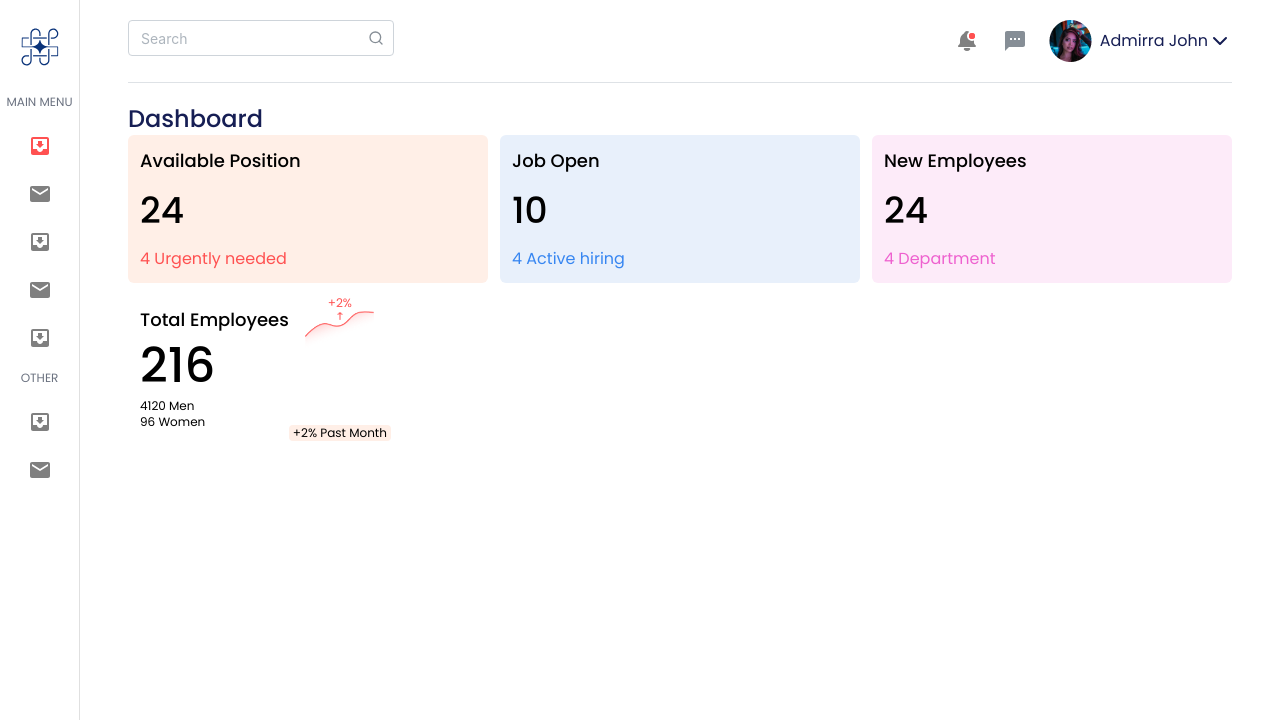
Repository: SatyaDewangan05/sample-dashboard
Page: /
An editor plug-in stored every save of this project. The page is shown before and after the next save, followed by the edit.
The browser window is 1280 px wide. The pictures show the whole page.
The project was rebuilt for these pictures with package versions that can differ from the ones it lists, and the page was loaded fresh each time. The framework's server and built-in components were replaced by stand-ins that run in the browser. Also part of the build but not shown: next.config.mjs.

Above is the page before, as saved 2024-09-22 00:27:26.

### src/app/layout.js
import localFont from "next/font/local";
import "./globals.css";
import { MantineProvider } from "@mantine/core";
import "@mantine/core/styles.css";

const geistSans = localFont({
  src: "./fonts/GeistVF.woff",
  variable: "--font-geist-sans",
  weight: "100 900",
});
const geistMono = localFont({
  src: "./fonts/GeistMonoVF.woff",
  variable: "--font-geist-mono",
  weight: "100 900",
});

import { Poppins } from "next/font/google";
const poppins = Poppins({
  weight: ["400", "500", "600", "700"], // You can choose different weights like '300', '500' etc.
  subsets: ["latin"],
});

export const metadata = {
  title: "Create Next App",
  description: "Generated by create next app",
};

export default function RootLayout({ children }) {
  return (
    <html lang="en">
      <body className={`${poppins.className} antialiased bg-white`}>
        <MantineProvider>{children}</MantineProvider>
      </body>
    </html>
  );
}

### src/app/page.jsx
import Image from "next/image";
import MiniDrawer from "./components/Drawer";
import {
  ActionIcon,
  Anchor,
  Avatar,
  Divider,
  Indicator,
  TextInput,
  Title,
} from "@mantine/core";
import { Search } from "lucide-react";
import {
  IconBellFilled,
  IconChevronCompactDown,
  IconChevronDown,
} from "@tabler/icons-react";
import TextsmsIcon from "@mui/icons-material/Textsms";
import DP from "@/images/dp.png";
import ThreeData from "./components/card/ThreeData";
import DetailChart from "./components/card/DetailChart";

export default function Home() {
  return (
    <div className="flex">
      <MiniDrawer />
      <div className="w-full px-12">
        {/* Top Bar */}
        <div className="w-full py-5 flex justify-between">
          <TextInput placeholder="Search" rightSection={<Search size={16} />} />
          <div className="flex items-center gap-5">
            <ActionIcon
              variant="transparent"
              color="gray"
              // c="black"
              aria-label="Settings"
            >
              <Indicator color="#FF5151" offset={7} withBorder>
                <IconBellFilled color="gray" />
              </Indicator>
            </ActionIcon>
            <ActionIcon
              variant="transparent"
              color="gray"
              // c="black"
              aria-label="Settings"
            >
              <TextsmsIcon color="gray" />
            </ActionIcon>
            <div className="flex gap-2 items-center">
              <Image src={DP} />
              <Anchor
                href="https://mantine.dev/"
                target="_blank"
                underline="never"
                c="#161E54"
              >
                <div className="flex items-center">
                  Admirra John
                  <IconChevronDown />
                </div>
              </Anchor>
            </div>
          </div>
        </div>
        <Divider />

        <div className="w-full py-5">
          <p className="text-2xl font-medium text-[#161E54]">Dashboard</p>
          <div className="grid grid-cols-3 gap-3">
            <ThreeData
              heading="Available Position"
              figure={24}
              text="4 Urgently needed"
              bgColor="#FFEFE7"
              textColor="#FF5151"
            />
            <ThreeData
              heading="Job Open"
              figure={10}
              text="4 Active hiring"
              bgColor="#E8F0FB"
              textColor="#3786F1"
            />
            <ThreeData
              heading="New Employees"
              figure={24}
              text="4 Department"
              bgColor="#FDEBF9"
              textColor="#EE61CF"
            />
          </div>
          <div className="grid grid-col-2 gap-3">
            <DetailChart
              heading="Total Employees"
              figure={216}
              texts={["4120 Men", "96 Women"]}
              variation="+2%"
            />
          </div>
        </div>
      </div>
    </div>
  );
}

### src/app/globals.css
@tailwind base;
@tailwind components;
@tailwind utilities;

:root {
  --background: #ffffff;
  --foreground: #171717;
}

/* @media (prefers-color-scheme: dark) {
  :root {
    --background: #0a0a0a;
    --foreground: #ededed;
  }
} */

body {
  color: var(--foreground);
  background: var(--background);
  font-family: Arial, Helvetica, sans-serif;
}

@layer utilities {
  .text-balance {
    text-wrap: balance;
  }
}

@layer base {
  :root {
    --background: 0 0% 100%;
    --foreground: 0 0% 3.9%;
    --card: 0 0% 100%;
    --card-foreground: 0 0% 3.9%;
    --popover: 0 0% 100%;
    --popover-foreground: 0 0% 3.9%;
    --primary: 0 0% 9%;
    --primary-foreground: 0 0% 98%;
    --secondary: 0 0% 96.1%;
    --secondary-foreground: 0 0% 9%;
    --muted: 0 0% 96.1%;
    --muted-foreground: 0 0% 45.1%;
    --accent: 0 0% 96.1%;
    --accent-foreground: 0 0% 9%;
    --destructive: 0 84.2% 60.2%;
    --destructive-foreground: 0 0% 98%;
    --border: 0 0% 89.8%;
    --input: 0 0% 89.8%;
    --ring: 0 0% 3.9%;
    --chart-1: 12 76% 61%;
    --chart-2: 173 58% 39%;
    --chart-3: 197 37% 24%;
    --chart-4: 43 74% 66%;
    --chart-5: 27 87% 67%;
    --radius: 0.5rem;
  }
  .dark {
    --background: 0 0% 3.9%;
    --foreground: 0 0% 98%;
    --card: 0 0% 3.9%;
    --card-foreground: 0 0% 98%;
    --popover: 0 0% 3.9%;
    --popover-foreground: 0 0% 98%;
    --primary: 0 0% 98%;
    --primary-foreground: 0 0% 9%;
    --secondary: 0 0% 14.9%;
    --secondary-foreground: 0 0% 98%;
    --muted: 0 0% 14.9%;
    --muted-foreground: 0 0% 63.9%;
    --accent: 0 0% 14.9%;
    --accent-foreground: 0 0% 98%;
    --destructive: 0 62.8% 30.6%;
    --destructive-foreground: 0 0% 98%;
    --border: 0 0% 14.9%;
    --input: 0 0% 14.9%;
    --ring: 0 0% 83.1%;
    --chart-1: 220 70% 50%;
    --chart-2: 160 60% 45%;
    --chart-3: 30 80% 55%;
    --chart-4: 280 65% 60%;
    --chart-5: 340 75% 55%;
  }
}

@layer base {
  * {
    @apply border-border;
  }
  body {
    @apply bg-background text-foreground;
  }
}

### src/app/components/Drawer.jsx
"use client";

import { styled } from "@mui/material/styles";
import MuiDrawer from "@mui/material/Drawer";
import List from "@mui/material/List";
import IconButton from "@mui/material/IconButton";
import MenuIcon from "@mui/icons-material/Menu";

import ListItem from "@mui/material/ListItem";
import ListItemButton from "@mui/material/ListItemButton";
import ListItemIcon from "@mui/material/ListItemIcon";
import ListItemText from "@mui/material/ListItemText";
import InboxIcon from "@mui/icons-material/MoveToInbox";
import MailIcon from "@mui/icons-material/Mail";
import { useState } from "react";
import Image from "next/image";

import Logo from "@/images/logo.svg";
import LogoWithName from "@/images/logo_with_name.png";

const drawerWidth = 220;

const openedMixin = (theme) => ({
  width: drawerWidth,
  transition: theme.transitions.create("width", {
    easing: theme.transitions.easing.sharp,
    duration: theme.transitions.duration.enteringScreen,
  }),
  overflowX: "hidden",
});

const closedMixin = (theme) => ({
  transition: theme.transitions.create("width", {
    easing: theme.transitions.easing.sharp,
    duration: theme.transitions.duration.leavingScreen,
  }),
  overflowX: "hidden",
  width: "80px",
  [theme.breakpoints.up("sm")]: {
    width: "80px",
  },
});

const DrawerHeader = styled("div")(({ theme }) => ({
  display: "flex",
  alignItems: "center",
  justifyContent: "center",
  padding: "20px",
  // necessary for content to be below app bar
  ...theme.mixins.toolbar,
}));

const Drawer = styled(MuiDrawer, {
  shouldForwardProp: (prop) => prop !== "open",
})(({ theme }) => ({
  width: drawerWidth,
  flexShrink: 0,
  whiteSpace: "nowrap",
  boxSizing: "border-box",
  variants: [
    {
      props: ({ open }) => open,
      style: {
        ...openedMixin(theme),
        "& .MuiDrawer-paper": openedMixin(theme),
      },
    },
    {
      props: ({ open }) => !open,
      style: {
        ...closedMixin(theme),
        "& .MuiDrawer-paper": closedMixin(theme),
      },
    },
  ],
}));

export default function MiniDrawer() {
  const [open, setOpen] = useState(false);

  const [active, setActive] = useState("Dashboard");

  return (
    <Drawer variant="permanent" open={open}>
      <DrawerHeader>
        <IconButton onClick={() => setOpen((prevState) => !prevState)}>
          {open ? (
            <Image src={LogoWithName} alt="Images" />
          ) : (
            <Image className="mx-auto" src={Logo} alt="Images" />
          )}
        </IconButton>
      </DrawerHeader>
      <p
        className={`h-5 uppercase text-xs  text-gray-500 ${
          open ? "pl-5" : "text-center"
        }`}
      >
        Main Menu
      </p>
      <List>
        {["Dashboard", "Recruitment", "Schedule", "Employee", "Department"].map(
          (text, index) => (
            <ListItem key={text} disablePadding sx={{ display: "block" }}>
              <ListItemButton
                sx={[
                  {
                    minHeight: 48,
                    px: 2,
                    color: active === text ? "#FF5151" : "unset",
                  },
                  open
                    ? {
                        justifyContent: "initial",
                      }
                    : {
                        justifyContent: "center",
                      },
                ]}
                onClick={() => setActive(text)}
              >
                <ListItemIcon
                  sx={[
                    {
                      //   minWidth: 0,
                      justifyContent: "center",
                      color: active === text ? "#FF5151" : "gray",
                    },
                    open
                      ? {
                          mr: 2,
                        }
                      : {
                          mx: "auto",
                        },
                  ]}
                >
                  {index % 2 === 0 ? <InboxIcon /> : <MailIcon />}
                </ListItemIcon>
                <ListItemText
                  primary={text}
                  sx={[
                    open
                      ? {
                          opacity: 1,
                        }
                      : {
                          opacity: 0,
                        },
                  ]}
                />
              </ListItemButton>
            </ListItem>
          )
        )}
      </List>
      <p
        className={`h-5 uppercase text-xs text-gray-500 ${
          open ? " pl-5" : "text-center"
        }`}
      >
        Other
      </p>
      <List>
        {["Support", "Settings"].map((text, index) => (
          <ListItem key={text} disablePadding sx={{ display: "block" }}>
            <ListItemButton
              sx={[
                {
                  minHeight: 48,
                  px: 2,
                },
                open
                  ? {
                      justifyContent: "initial",
                    }
                  : {
                      justifyContent: "center",
                    },
              ]}
              onClick={() => setActive(text)}
            >
              <ListItemIcon
                sx={[
                  {
                    justifyContent: "center",
                    color: active === text ? "#FF5151" : "gray",
                  },
                  open
                    ? {
                        mr: 2,
                      }
                    : {
                        mx: "auto",
                      },
                ]}
              >
                {index % 2 === 0 ? <InboxIcon /> : <MailIcon />}
              </ListItemIcon>
              <ListItemText
                primary={text}
                sx={[
                  open
                    ? {
                        opacity: 1,
                      }
                    : {
                        opacity: 0,
                      },
                ]}
              />
            </ListItemButton>
          </ListItem>
        ))}
      </List>
    </Drawer>
  );
}

### src/app/components/card/ThreeData.jsx
const ThreeData = ({ heading, figure, text, bgColor, textColor }) => {
  return (
    <div
      className="p-3 rounded-md flex flex-col gap-2"
      style={{ backgroundColor: bgColor ? bgColor : "gray" }}
    >
      <p className="text-lg font-medium">{heading}</p>
      <p className="text-[36px] font-medium">{figure}</p>
      <p
        className="text-base"
        style={{ color: textColor ? textColor : "white" }}
      >
        {text}
      </p>
    </div>
  );
};

export default ThreeData;

### src/app/components/card/DetailChart.jsx
import Image from "next/image";
import Graph from "@/images/graph.png";
import GraphLine from "@/images/graph-line.png";
import UpArrow from "@/images/up-arrow.png";

const DetailChart = ({ heading, figure, texts, variation }) => {
  return (
    <div className="p-3 rounded-md flex items-center">
      <div className="flex flex-col gap-2">
        <p className="text-lg font-medium">{heading}</p>
        <p className="text-5xl font-medium">{figure}</p>
        <div>
          {Array.isArray(texts)
            ? texts.map((text, index) => (
                <p key={index} className="text-xs">
                  {text}
                </p>
              ))
            : null}
        </div>
      </div>
      <div className="flex flex-col justify-center">
        <div className="flex flex-col  items-center">
          <p className="text-xs text-[#FF5151] text-center">{variation}</p>
          <div className="w-[69px] h-[114px] relative">
            <Image
              src={UpArrow}
              className="absolute -top-1 left-1/2 -translate-x-1/2 z-30"
            />
            <Image src={GraphLine} className="absolute top-0 z-30" />
            <Image src={Graph} className="absolute top-0 z-30" />
          </div>
        </div>
        <div className="px-1 text-xs rounded bg-[#FFEFE7]">
          {variation} Past Month
        </div>
      </div>
    </div>
  );
};

export default DetailChart;

Loaded but not shown: tailwind.config.js (common file)

After the next save:
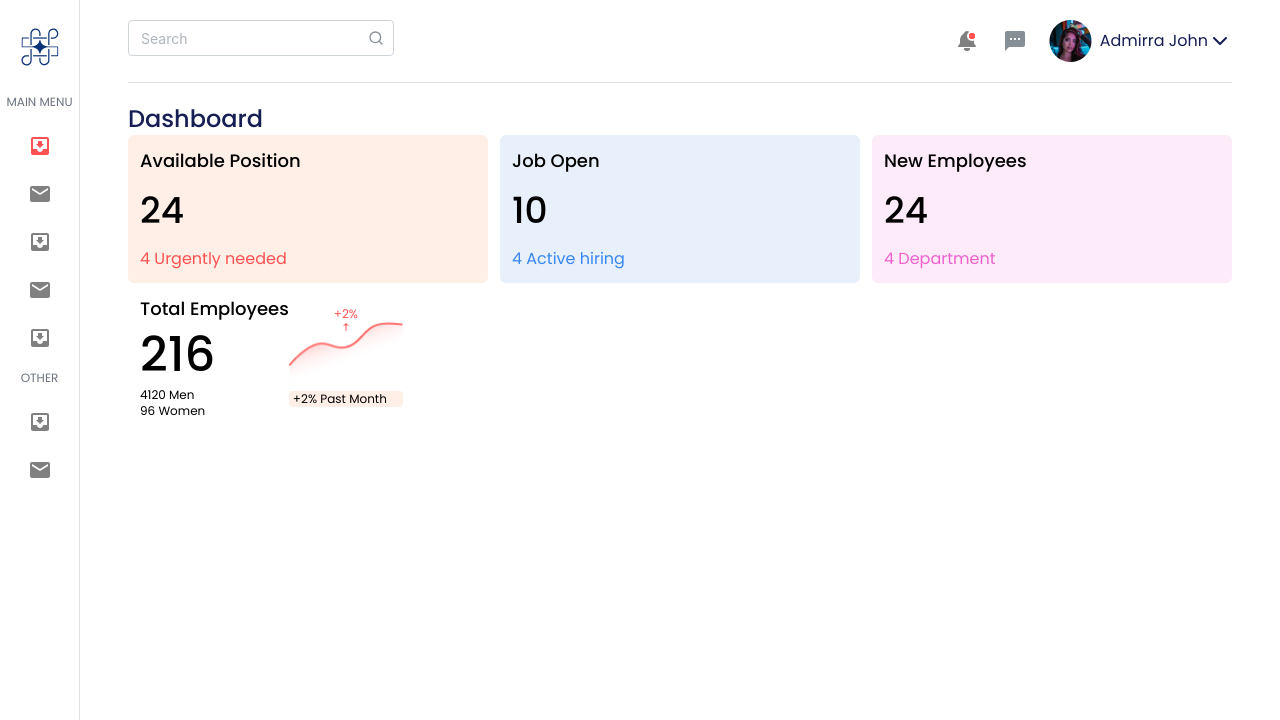
Saved 28 s later.
--- a/src/app/components/card/DetailChart.jsx
+++ b/src/app/components/card/DetailChart.jsx
@@ -22,7 +22,7 @@ const DetailChart = ({ heading, figure, texts, variation }) => {
       <div className="flex flex-col justify-center">
         <div className="flex flex-col  items-center">
           <p className="text-xs text-[#FF5151] text-center">{variation}</p>
-          <div className="w-[69px] h-[114px] relative">
+          <div className="h-[69px] w-[114px] relative">
             <Image
               src={UpArrow}
               className="absolute -top-1 left-1/2 -translate-x-1/2 z-30"
